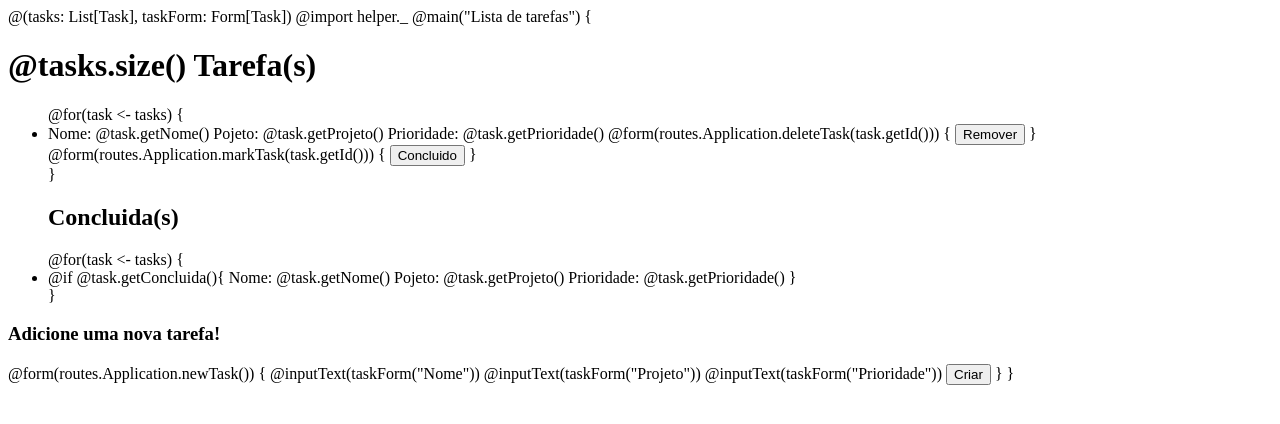
Repository: lcavalcante/si1
Page: lab2/.target/views/index.scala.html
An editor plug-in stored every save of this project. The page is shown before and after the next save, followed by the edit.
The browser window is 1280 px wide. The pictures show the whole page.

Above is the page before, as saved 2013-11-27 00:30:11.

### lab2/.target/views/index.scala.html
@(tasks: List[Task], taskForm: Form[Task])

@import helper._

@main("Lista de tarefas") {

    <h1>@tasks.size() Tarefa(s)</h1>

    <ul>
        @for(task <- tasks) {
            <li>
                Nome: @task.getNome() Pojeto: @task.getProjeto() Prioridade: @task.getPrioridade()

                @form(routes.Application.deleteTask(task.getId())) {
                    <input type="submit" value="Remover">

                }

                @form(routes.Application.markTask(task.getId())) {
                    <input type="submit" value="Concluido">
                }


            </li>
        }
    </ul>

    <ul>
    	 <h2>Concluida(s)</h2>
        @for(task <- tasks) {
            <li>
            	@if @task.getConcluida(){
                Nome: @task.getNome() Pojeto: @task.getProjeto() Prioridade: @task.getPrioridade()
                }

            </li>
        }
    </ul>

    <h3>Adicione uma nova tarefa!</h3>

    @form(routes.Application.newTask()) {

        @inputText(taskForm("Nome"))
        @inputText(taskForm("Projeto"))
        @inputText(taskForm("Prioridade"))

        <input type="submit" value="Criar">

    }

}

After the next save:
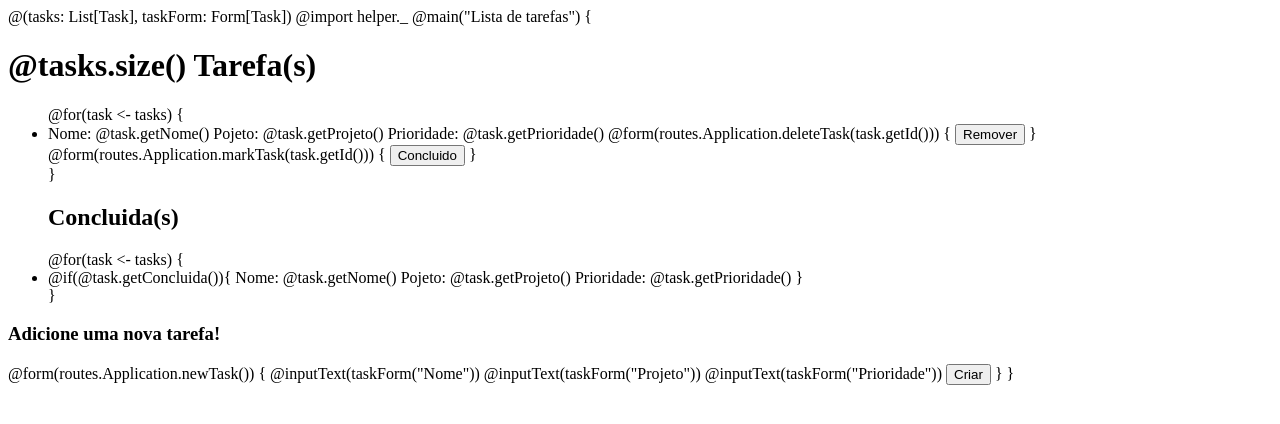
Saved 21 s later.
--- a/lab2/.target/views/index.scala.html
+++ b/lab2/.target/views/index.scala.html
@@ -29,7 +29,7 @@
     	 <h2>Concluida(s)</h2>
         @for(task <- tasks) {
             <li>
-            	@if @task.getConcluida(){
+            	@if(@task.getConcluida()){
                 Nome: @task.getNome() Pojeto: @task.getProjeto() Prioridade: @task.getPrioridade()
                 }
 
